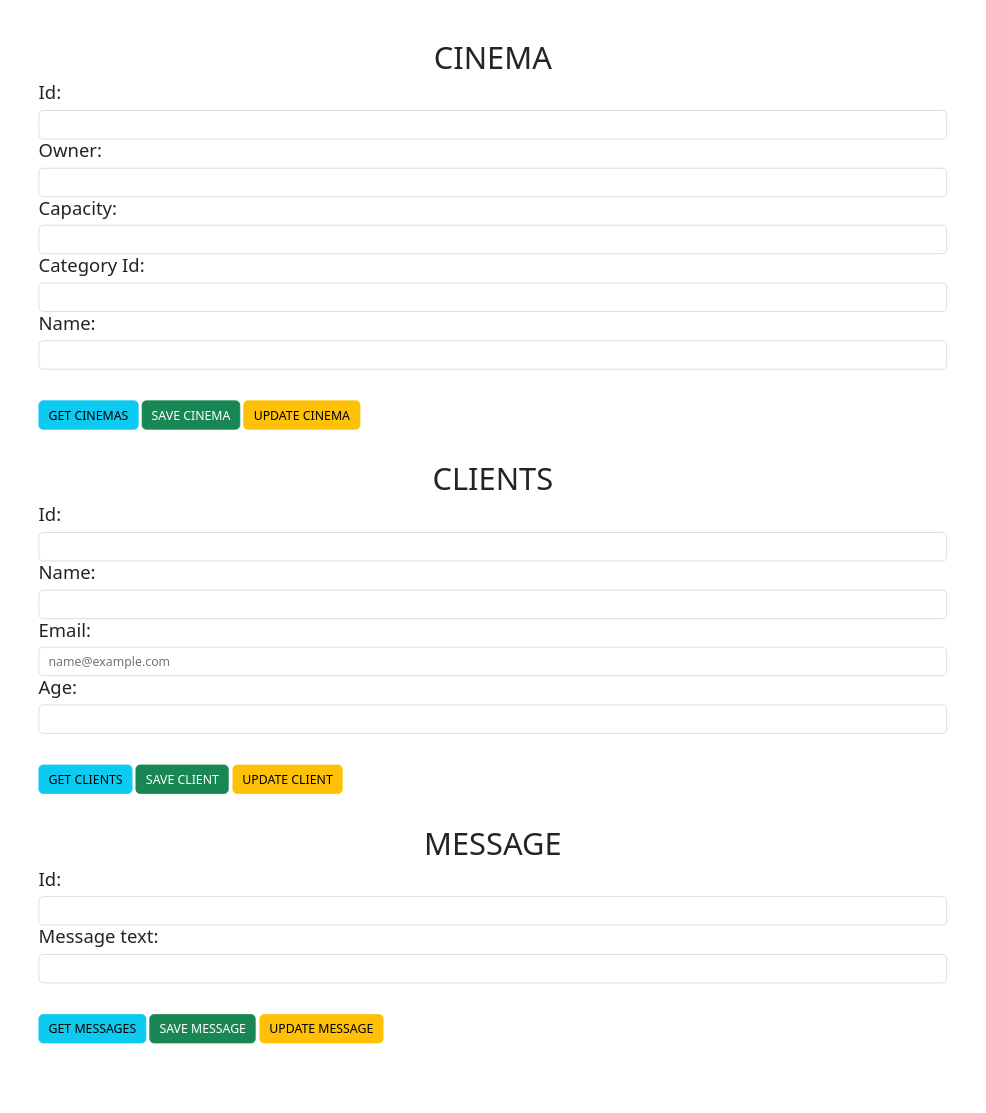
Repository: almendezl/MisionTIC
Page: index.html
An editor plug-in stored every save of this project. The page is shown before and after the next save, followed by the edit.
The browser window is 1280 px wide. The pictures show the whole page, at 77% of full size.

Above is the page before, as saved 2022-10-01 22:28:15.

### index.html
<html lang="en">
<head>
    <meta charset="UTF-8">
    <meta http-equiv="X-UA-Compatible" content="IE=edge">
    <meta name="viewport" content="width=device-width, initial-scale=1.0">
    <link rel="stylesheet" href="styles.css">
    <title>MISION TIC 2022 RETO 2</title>
</head>
<!-- add jquery api -->
<script src="https://ajax.googleapis.com/ajax/libs/jquery/3.6.1/jquery.min.js"></script>
<!-- add bootstrap -->

<link href="https://cdn.jsdelivr.net/npm/bootstrap@5.2.1/dist/css/bootstrap.min.css" rel="stylesheet" integrity="sha384-iYQeCzEYFbKjA/T2uDLTpkwGzCiq6soy8tYaI1GyVh/UjpbCx/TYkiZhlZB6+fzT" crossorigin="anonymous">
<!-- add the file with the script -->
<script type="text/javascript" src="myScript.js"></script>
<body>
    <!-- cinema front -->
    <h1 class="text-center">CINEMA</h1>
    <form action="">
        <div class="form-group">
            <h4 class="label label-default" >Id: </h4>
            <input class="form-control" type="number" id="cinemaId">
        </div>

        <div class="form-group">
            <h4 class="label label-default" >Owner: </h4>
            <input class="form-control" type="text" id="cinemaOwner">
        </div>

        <div class="form-group">
            <h4 class="label label-default" >Capacity: </h4>
            <input class="form-control" type="number" id="cinemaCapacity" >
        </div>

        <div class="form-group">
            <h4 class="label label-default" >Category Id: </h4>
            <input class="form-control" type="number" id="cinemaCategory">
        </div>

        <div class="form-group">
            <h4 class="label label-default" >Name: </h4>
            <input class="form-control" type="text" id="cinemaName"><br>
        </div>

    </form>




    <button class="btn btn-info" onclick="getCinemas()">GET CINEMAS</button>

    <button class="btn btn-success" onclick="setCinema()">SAVE CINEMA</button>

    <button class="btn btn-warning" onclick="updateCinema()">UPDATE CINEMA</button><br><br>


    <table class="table table-striped" id="cinemasList">


    </table>

    <!-- Clients front  -->
    <h1 class="text-center">CLIENTS</h1>
    <form action="">
        <div class="form-group">
            <h4 class="label label-default" >Id: </h4>
            <input class="form-control" type="number" id="clientId">
        </div>

        <div class="form-group">
            <h4 class="label label-default" >Name: </h4>
            <input class="form-control" type="text" id="clientName">
        </div>

        <div class="form-group">
            <h4 class="label label-default" >Email: </h4>
            <input class="form-control" type="text" id="clientEmail" placeholder="name@example.com">
        </div>

        <div class="form-group">
            <h4 class="label label-default" >Age: </h4>
            <input class="form-control" type="number" id="clientAge"><br>
        </div>

    </form>




    <button class="btn btn-info" onclick="getClients()">GET CLIENTS</button>

    <button class="btn btn-success" onclick="setClient()">SAVE CLIENT</button>

    <button class="btn btn-warning" onclick="updateClient()">UPDATE CLIENT</button><br><br>


    <table class="table table-striped" id="clientsList">


    </table>

    <!-- Message front  -->
    <h1 class="text-center">MESSAGE</h1>
    <form action="">
        <div class="form-group">
            <h4 class="label label-default" >Id: </h4>
            <input class="form-control" type="number" id="messageId">
        </div>

        <div class="form-group">
            <h4 class="label label-default" >Message text: </h4>
            <input class="form-control" type="text" id="messageText"><br>
        </div>


    </form>




    <button class="btn btn-info" onclick="getMessages()">GET MESSAGES</button>

    <button class="btn btn-success" onclick="setMessage()">SAVE MESSAGE</button>

    <button class="btn btn-warning" onclick="updateMessage()">UPDATE MESSAGE</button><br><br>


    <table class="table table-striped" id="messagesList">


    </table>

</body>
</html>

### styles.css
body {

    padding: 50px 50px;
  }

### myScript.js
let urlCinema = "https://gbc0751b79176df-fy68ude9ajgxmklv.adb.us-ashburn-1.oraclecloudapps.com/ords/admin/cinema/cinema";
let urlClient = "https://gbc0751b79176df-fy68ude9ajgxmklv.adb.us-ashburn-1.oraclecloudapps.com/ords/admin/client/client";
let urlMessage = "https://gbc0751b79176df-fy68ude9ajgxmklv.adb.us-ashburn-1.oraclecloudapps.com/ords/admin/message/message";

/**
 * ----------------CINEMAS ---------------------
 */
function getCinemas(){

    $.ajax({
        url:  urlCinema,
        type: 'GET',
        dataType: 'json',

        success: function(cinemas){
            console.log(cinemas);
            let cs= cinemas.items;
            //$('#clientsList').append("<h2>Clients List</h2>");
            $('#cinemasList').empty();
            if(cs.length > 0){

                $('#cinemasList').append("<thead><tr><th scope='col'>Id</th><th scope='col'>Owner</th><th scope='col'>Capacity</th><th scope='col'>Category Id</th> <th scope='col'>Name</th><th scope='col'>Option</th></tr></thead><tbody></tbody>");
                for(i = 0; i<cs.length; i++){

                    $('#cinemasList').append("<tr><th scope='row'>"+cs[i].id+"</th><td>"+cs[i].owner+"</td><td>"+cs[i].capacity+"</td><td>"+cs[i].category_id+"</td><td>"+cs[i].name+"</td><td>"+"<button class='btn btn-danger' onclick='deleteCinema("+cs[i].id+")'>DELETE</button></td></tr>");

                }
            }

        },
        error: function(xhr, status){
            alert("A problem has occurred");
        },
        complete: function(xhr, status){
            //alert("Request made");
        }
    });

}

function setCinema(){

    let id = $("#cinemaId").val();
    let owner = $("#cinemaOwner").val();
    let capacity = $("#cinemaCapacity").val();
    let category = $("#cinemaCategory").val();
    let name = $("#cinemaName").val();

    let data = {
        id: id,
        owner: owner,
        capacity: capacity,
        category_id: category,
        name: name

    };

    let dataToSend = JSON.stringify(data);

    console.log(dataToSend);

    $.ajax({
        url: urlCinema,
        type: 'POST',
        //dataType: 'json',
        data: dataToSend,
         contentType: "application/json",

        success: function(json){
            console.log(json);
            //Clean the inputs
            $("#cinemaId").val('');
            $("#cinemaOwner").val('');
            $("#cinemaCapacity").val('');
            $("#cinemaCategory").val('');
            $("#cinemaName").val('');
            getCinemas();
        },
        error: function(xhr, status){
            //alert("A problem has occurred");

        },
        complete: function(xhr, status){
            //alert("Request made");

        }
    });

}

function updateCinema(){
    let id = $("#cinemaId").val();
    let owner = $("#cinemaOwner").val();
    let capacity = $("#cinemaCapacity").val();
    let category = $("#cinemaCategory").val();
    let name = $("#cinemaName").val();

    let data = {
        id: id,
        owner: owner,
        capacity: capacity,
        category_id: category,
        name: name

    };

    let dataToSend = JSON.stringify(data);

    console.log(dataToSend);

    $.ajax({
        url: urlCinema,
        type: 'PUT',
        //dataType: 'json',
        data: dataToSend,
        contentType: "application/json",

        success: function(json){
            console.log(json);
            //Clean the inputs
            $("#cinemaId").val('');
            $("#cinemaOwner").val('');
            $("#cinemaCapacity").val('');
            $("#cinemaCategory").val('');
            $("#cinemaName").val('');
            getCinemas();
        },
        error: function(xhr, status){
            //alert("A problem has occurred");

        },
        complete: function(xhr, status){
            //alert("Request made");

        }
    });
}

function deleteCinema(cinemaId){


    let data = {
        id: cinemaId

    };

    let dataToSend = JSON.stringify(data);

    console.log(dataToSend);

    $.ajax({
        url: urlCinema,
        type: 'DELETE',
        //dataType: 'json',
        data: dataToSend,
        contentType: "application/json",

        success: function(json){
            console.log(json);
            //Clean the inputs
            $("#cinemaId").val('');
            $("#cinemaOwner").val('');
            $("#cinemaCapacity").val('');
            $("#cinemaCategory").val('');
            $("#cinemaName").val('');
            getCinemas();
        },
        error: function(xhr, status){
            //alert("A problem has occurred");

        },
        complete: function(xhr, status){
            //alert("Request made");

        }
    });
}

/**
 * ----------------CLIENTS ---------------------
 */

function getClients(){

    $.ajax({
        url: urlClient,
        type: 'GET',
        dataType: 'json',

        success: function(clients){
            console.log(clients);
            let cs= clients.items;
            //$('#clientsList').append("<h2>Clients List</h2>");
            $('#clientsList').empty();
            if(cs.length > 0){
                $('#clientsList').append("<thead><tr><th scope='col'>Id</th><th scope='col'>Name</th><th scope='col'>Email</th><th scope='col'>Age</th> <th scope='col'>Option</th></tr></thead><tbody></tbody>");
            for(i = 0; i<cs.length; i++){
                //$('#clientsList').append("<b>"+cs[i].id+" "+cs[i].name+" </b> "+cs[i].email+"   <button class='btn btn-danger' onclick='deleteClient("+cs[i].id+")'>DELETE</button>"+"<br>");
                $('#clientsList').append("<tr><th scope='row'>"+cs[i].id+"</th><td>"+cs[i].name+"</td><td>"+cs[i].email+"</td><td>"+cs[i].age+"</td><td>"+"<button class='btn btn-danger' onclick='deleteClient("+cs[i].id+")'>DELETE</button></td></tr>");

            }
            }

        },
        error: function(xhr, status){
            alert("A problem has occurred");
        },
        complete: function(xhr, status){
            //alert("Request made");
        }
    });

}

function setClient(){

    let clientId = $("#clientId").val();
    let clientName = $("#clientName").val();
    let clientEmail = $("#clientEmail").val();
    let clientAge = $("#clientAge").val();

    let data = {
        id: clientId,
        name: clientName,
        email: clientEmail,
        age: clientAge

    };

    let dataToSend = JSON.stringify(data);

    console.log(dataToSend);

    $.ajax({
        url: urlClient,
        type: 'POST',
        //dataType: 'json',
        data: dataToSend,
         contentType: "application/json",

        success: function(json){
            console.log(json);
            //Clean the inputs
            $("#clientId").val('');
            $("#clientName").val('');
            $("#clientEmail").val('');
            $("#clientAge").val('');
            getClients();
        },
        error: function(xhr, status){
            //alert("A problem has occurred");

        },
        complete: function(xhr, status){
            //alert("Request made");

        }
    });

}

function updateClient(){
    let clientId = $("#clientId").val();
    let clientName = $("#clientName").val();
    let clientEmail = $("#clientEmail").val();
    let clientAge = $("#clientAge").val();

    let data = {
        id: clientId,
        name: clientName,
        email: clientEmail,
        age: clientAge

    };

    let dataToSend = JSON.stringify(data);

    console.log(dataToSend);

    $.ajax({
        url:urlClient,
        type: 'PUT',
        //dataType: 'json',
        data: dataToSend,
        contentType: "application/json",

        success: function(json){
            console.log(json);
            //Clean the inputs
            $("#clientId").val('');
            $("#clientName").val('');
            $("#clientEmail").val('');
            $("#clientAge").val('');
            getClients();
        },
        error: function(xhr, status){
            //alert("A problem has occurred");

        },
        complete: function(xhr, status){
            //alert("Request made");

        }
    });
}

function deleteClient(clientId){


    let data = {
        id: clientId

    };

    let dataToSend = JSON.stringify(data);

    console.log(dataToSend);

    $.ajax({
        url:urlClient,
        type: 'DELETE',
        //dataType: 'json',
        data: dataToSend,
        contentType: "application/json",

        success: function(json){
            console.log(json);
            //Clean the inputs
            $("#clientId").val('');
            $("#clientName").val('');
            $("#clientEmail").val('');
            $("#clientAge").val('');
            getClients();
        },
        error: function(xhr, status){
            //alert("A problem has occurred");

        },
        complete: function(xhr, status){
            //alert("Request made");

        }
    });
}

/**
 * ----------------MESSAGE ---------------------
 */

 function getMessages(){

    $.ajax({
        url: urlMessage,
        type: 'GET',
        dataType: 'json',

        success: function(clients){
            console.log(clients);
            let cs= clients.items;
            //$('#clientsList').append("<h2>Clients List</h2>");
            $('#messagesList').empty();
           if(cs.length > 0){
            $('#messagesList').append("<thead><tr><th scope='col'>Id</th><th scope='col'>Message text</th><th scope='col'>Option</th></tr></thead><tbody></tbody>");
            for(i = 0; i<cs.length; i++){
                //$('#clientsList').append("<b>"+cs[i].id+" "+cs[i].name+" </b> "+cs[i].email+"   <button class='btn btn-danger' onclick='deleteClient("+cs[i].id+")'>DELETE</button>"+"<br>");
                $('#messagesList').append("<tr><th scope='row'>"+cs[i].id+"</th><td>"+cs[i].messagetext+"</td><td>"+"<button class='btn btn-danger' onclick='deleteMessage("+cs[i].id+")'>DELETE</button></td></tr>");

            }
           }

        },
        error: function(xhr, status){
            alert("A problem has occurred");
        },
        complete: function(xhr, status){
            //alert("Request made");
        }
    });

}

function setMessage(){

    let id = $("#messageId").val();
    let messageText = $("#messageText").val();

    let data = {
        id: id,
        messagetext: messageText,

    };

    let dataToSend = JSON.stringify(data);

    console.log(dataToSend);

    $.ajax({
        url: urlMessage,
        type: 'POST',
        //dataType: 'json',
        data: dataToSend,
         contentType: "application/json",

        success: function(json){
            console.log(json);
            //Clean the inputs
            $("#messageId").val('');
            $("#messageText").val('');
            getMessages();
        },
        error: function(xhr, status){
            //alert("A problem has occurred");

        },
        complete: function(xhr, status){
            //alert("Request made");

        }
    });

}

function updateMessage(){
    let id = $("#messageId").val();
    let messageText = $("#messageText").val();

    let data = {
        id: id,
        messagetext: messageText,

    };

    let dataToSend = JSON.stringify(data);

    console.log(dataToSend);

    $.ajax({
        url:urlMessage,
        type: 'PUT',
        //dataType: 'json',
        data: dataToSend,
        contentType: "application/json",

        success: function(json){
            console.log(json);
            //Clean the inputs
            $("#messageId").val('');
            $("#messageText").val('');
            getMessages();
        },
        error: function(xhr, status){
            //alert("A problem has occurred");

        },
        complete: function(xhr, status){
            //alert("Request made");

        }
    });
}

function deleteMessage(messageId){


    let data = {
        id: messageId

    };

    let dataToSend = JSON.stringify(data);

    console.log(dataToSend);

    $.ajax({
        url:urlMessage,
        type: 'DELETE',
        //dataType: 'json',
        data: dataToSend,
        contentType: "application/json",

        success: function(json){
            console.log(json);
            //Clean the inputs
            $("#messageId").val('');
            $("#messageText").val('');
            getMessages();
        },
        error: function(xhr, status){
            //alert("A problem has occurred");

        },
        complete: function(xhr, status){
            //alert("Request made");

        }
    });
}

After the next save:
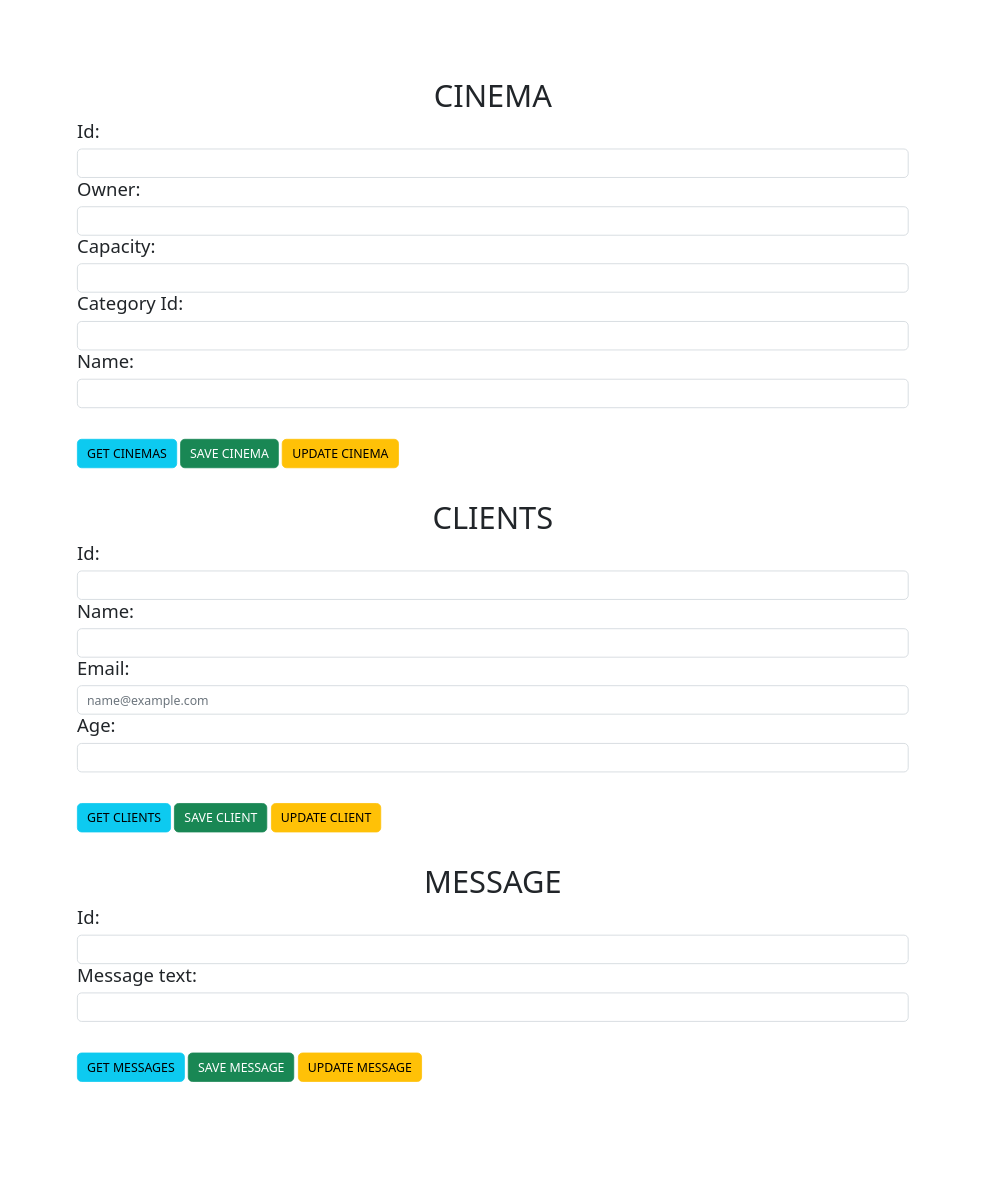
Saved 18 s later.
--- a/styles.css
+++ b/styles.css
@@ -1,4 +1,4 @@
 body {
 
-    padding: 50px 50px;
+    padding: 100px 100px;
   }
